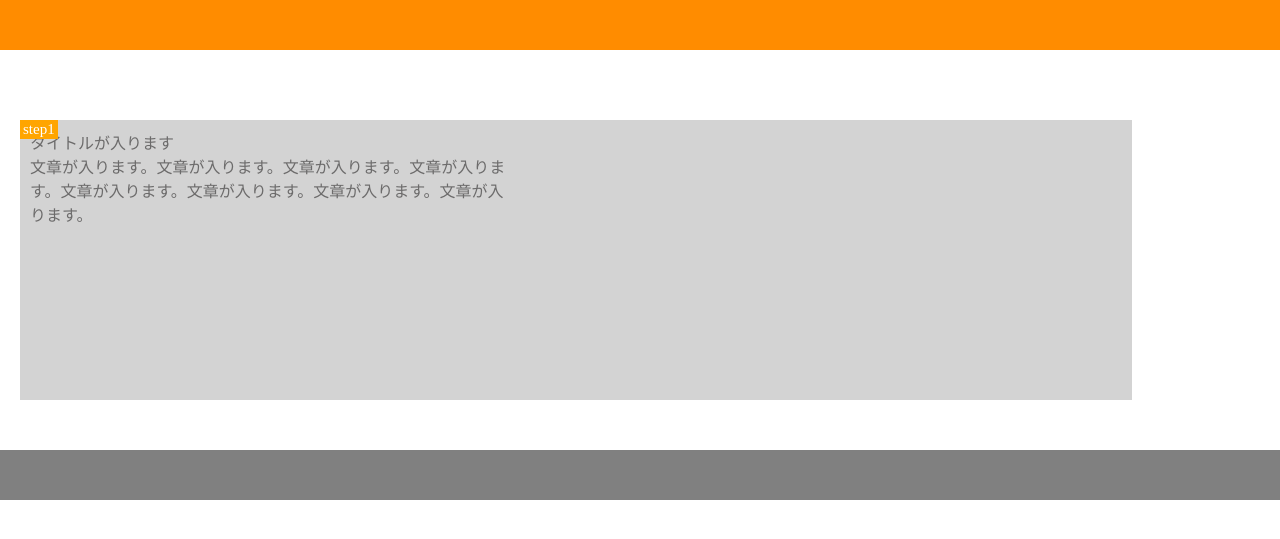
Repository: 220416/kadai1
Page: html/responsive.html
The author's editor kept a record of every edit. The page is drawn from the files as they stood at one moment, then again after the next edit.
The browser window is 1280 px wide. The pictures show the whole page.

Above is the page before.

### html/responsive.html
<!DOCTYPE html>
<html lang="ja">
  <head>
    <meta charset="UTF-8" />
    <!-- CSSファイルの読み込み -->
    <link rel="stylesheet" href="responsive.css" />
    <title>Responsive</title>
  </head>

  <body>
    <div class="container">
    <header></header>

    <main>
    <div class="main-visual">
      <div class="main-visual-content">

        <p class="step">step1</p>
        <p class ="main-visual-text">タイトルが入ります</p>
        <p>文章が入ります。文章が入ります。文章が入ります。文章が入りま</br>
        す。文章が入ります。文章が入ります。文章が入ります。文章が入</br>
        ります。</p>
      </div>
    </div>

    </main>

    <footer></footer>
    </div>
  </body>
</html>

### html/responsive.css
* {
  margin: 0;
  padding: 0;
  box-sizing: border-box;
  color: #6c6b6b;
}

a{
  text-decoration: none;
}

header{
  height: 50px;
  width:100%;
  background-color:#ff8c00;
}

main{
  width:90%;
  padding-top: 50px;
  padding-bottom:80px;
  display: inline-block;
  justify-content:center;
  text-align: left;
}

.main-visual{
  display: inline-block;
  height: 280px;
  width: 100%;
  padding:10px 10px;
  margin-bottom: 20px;
  background-color:#d3d3d3;
  position:relative;
}

.main-visual-text{
  flex-wrap:wrap;
}
.image{
  object-fit: cover;
  width:100%;
  height: 150px;
}

.step{
  position:absolute;
  top:0px;
  left:0px;
  padding: 1px 3px;
  font-size:15px;
  color: #fff;
  background-color:orange;
}

.container {
      position: relative;
      box-sizing: border-box;
}

footer {
    height: 50px;
    width: 100%;
    position: absolute;
    bottom: 0;
    background-color: grey;
}


@media screen and (min-width:425px){
  main {
         display: flex;
         width: 90%;
     }

  .main-visual{
    display: block;
    margin:20px ;
    padding-bottom:20px ;
  }
}

After the next edit:
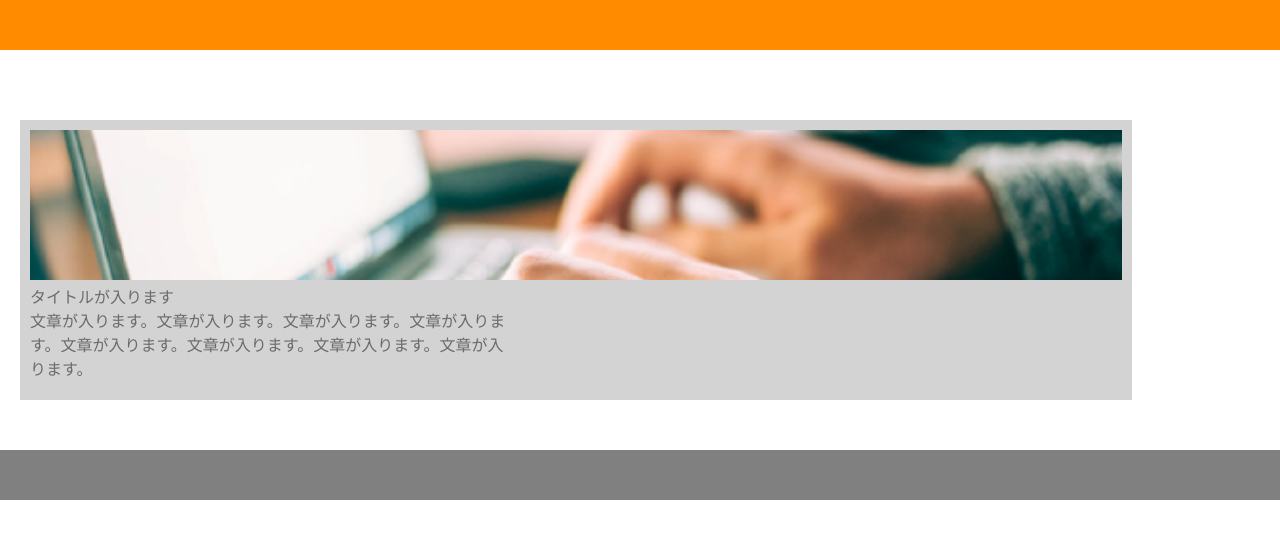
The edit:
--- a/html/responsive.html
+++ b/html/responsive.html
@@ -13,9 +13,8 @@
 
     <main>
     <div class="main-visual">
+      <img class="image" src="img/flow01.png">
       <div class="main-visual-content">
-
-        <p class="step">step1</p>
         <p class ="main-visual-text">タイトルが入ります</p>
         <p>文章が入ります。文章が入ります。文章が入ります。文章が入りま</br>
         す。文章が入ります。文章が入ります。文章が入ります。文章が入</br>
